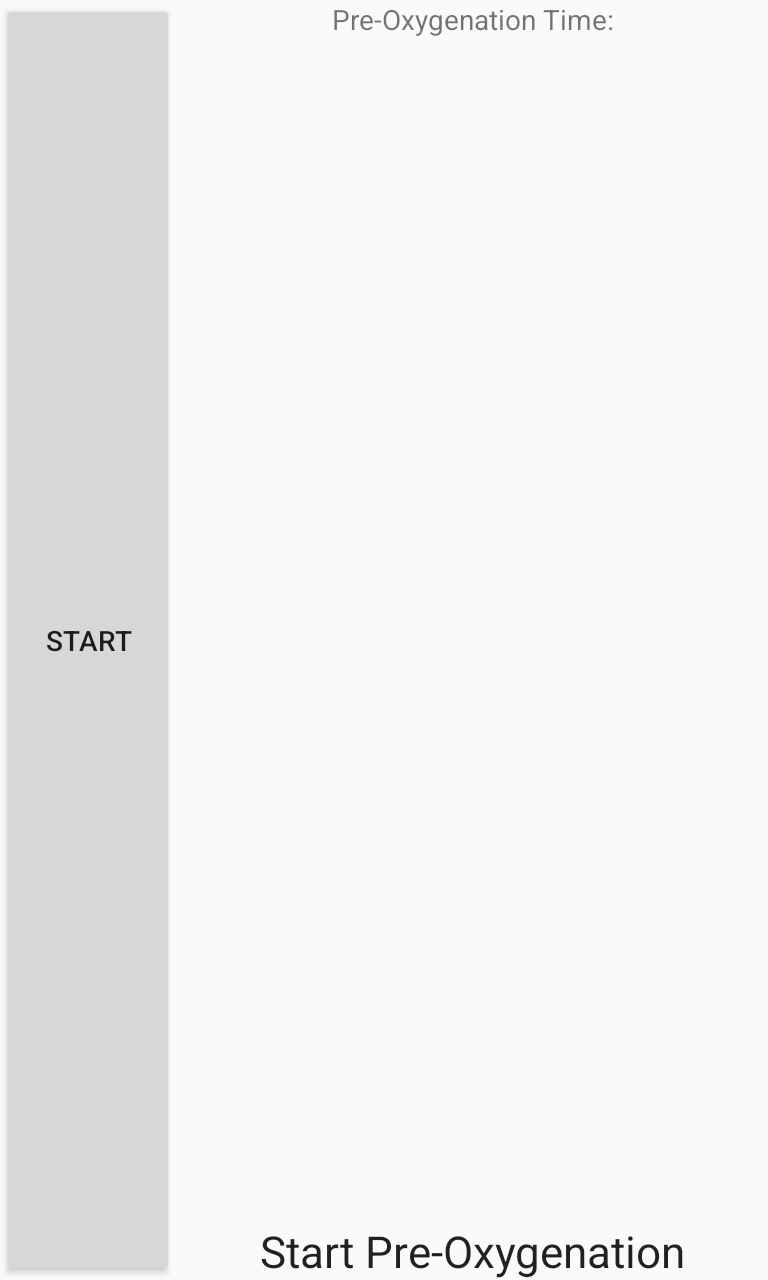
Repository: bentaylor42/RSIReady
Layout: RSIReady/res/layout/fragment_preo2_clock.xml
An editor plug-in stored every save of this project. The layout is shown before and after the next save, followed by the edit.
It is drawn on a 768 x 1280 px phone screen (xhdpi) without system bars, with theme AppTheme; the app's code is not run.

Above is the layout before, as saved 2014-08-10 14:26:29.

### RSIReady/res/layout/fragment_preo2_clock.xml
<?xml version="1.0" encoding="utf-8"?>
<RelativeLayout xmlns:android="http://schemas.android.com/apk/res/android"
    android:layout_width="match_parent"
    android:layout_height="120dp" >

    <Button
        android:id="@+id/button1"
        android:layout_width="wrap_content"
        android:layout_height="wrap_content"
        android:layout_alignParentLeft="true"
        android:layout_alignParentTop="true"
        android:layout_alignParentBottom="true"
        android:text="@string/start" />

    <TextView
        android:id="@+id/textView1"
        android:layout_width="wrap_content"
        android:layout_height="wrap_content"
        android:layout_alignLeft="@dimen/activity_horizontal_margin"
        android:layout_alignParentRight="true"
        android:layout_alignTop="@+id/button1"
        android:layout_centerVertical="true"
        android:layout_toRightOf="@+id/button1"
        android:gravity="center"
        android:text="@string/preo2_header" />

    <TextView
        android:id="@+id/textView2"
        android:layout_width="wrap_content"
        android:layout_height="wrap_content"
        android:layout_alignBottom="@+id/button1"
        android:layout_alignLeft="@+id/textView1"
        android:layout_alignParentRight="true"
        android:gravity="center"
        android:text="@string/click_start_preo2"
        android:textAppearance="?android:attr/textAppearanceLarge" />

</RelativeLayout>

### RSIReady/res/values/styles.xml
<resources>

    <!--
        Base application theme, dependent on API level. This theme is replaced
        by AppBaseTheme from res/values-vXX/styles.xml on newer devices.
    -->
    <style name="AppBaseTheme" parent="Theme.AppCompat.Light">
        <!--
            Theme customizations available in newer API levels can go in
            res/values-vXX/styles.xml, while customizations related to
            backward-compatibility can go here.
        -->
    </style>

    <!-- Application theme. -->
    <style name="AppTheme" parent="AppBaseTheme">
        <!-- All customizations that are NOT specific to a particular API-level can go here. -->
    </style>


</resources>

### RSIReady/res/values/strings.xml
<?xml version="1.0" encoding="utf-8"?>
<resources>

    <string name="app_name">RSI Ready</string>
    <string name="Copyright_2014">\u00A9 RSI Ready 2014.  All Rights Reserved</string>
    <string name="Copyright_After_2014">\u00A9 RSI Ready 2014-%1$d.  All Rights Reserved</string>
    <string name="Emergency">Emergency</string>
    <string name="EmergencyMenu">Emergency Menu</string>
    <string name="Home">Home</string>
    <string name="Mission_Statement">Making Emergency Anesthesia Safer</string>
    <string name="phemModeString">Pre-Hospital Mode:</string>
    <string name="rsiNow">RSI Now</string>
    <string name="Settings">Settings</string>
    <string name="SettingsMenu">Settings Menu</string>
    <string name="TabIndications">Indications</string>
    <string name="TabDrugs">Drugs</string>
    <string name="TabEquipment">Equipment</string>
    <string name="TabTeam">Team</string>
    <string name="TabFinal">Final</string>
    <string name="UsefulTools">Useful Tools</string>
    <string name="Version">Version: </string>

    <string name="title_activity_example">Example</string>
    <string name="hello_world">Hello world!</string>
    <string name="action_settings">Settings</string>
    <string name="start">Start</string>
    <string name="preo2_header">Pre-Oxygenation Time:</string>
    <string name="stop">Stop</string>
    <string name="click_start_preo2">Start Pre-Oxygenation</string>


</resources>

### RSIReady/res/values/dimens.xml
<resources>

    <!-- Default screen margins, per the Android Design guidelines. -->
    <dimen name="activity_horizontal_margin">16dp</dimen>
    <dimen name="activity_vertical_margin">16dp</dimen>

    <dimen name="text_size_small">12sp</dimen>

</resources>

Loaded but not shown: RSIReady/res/values-v11/styles.xml (common file); RSIReady/res/values-v14/styles.xml (common file); RSIReady/res/values-w820dp/dimens.xml (common file)

After the next save:
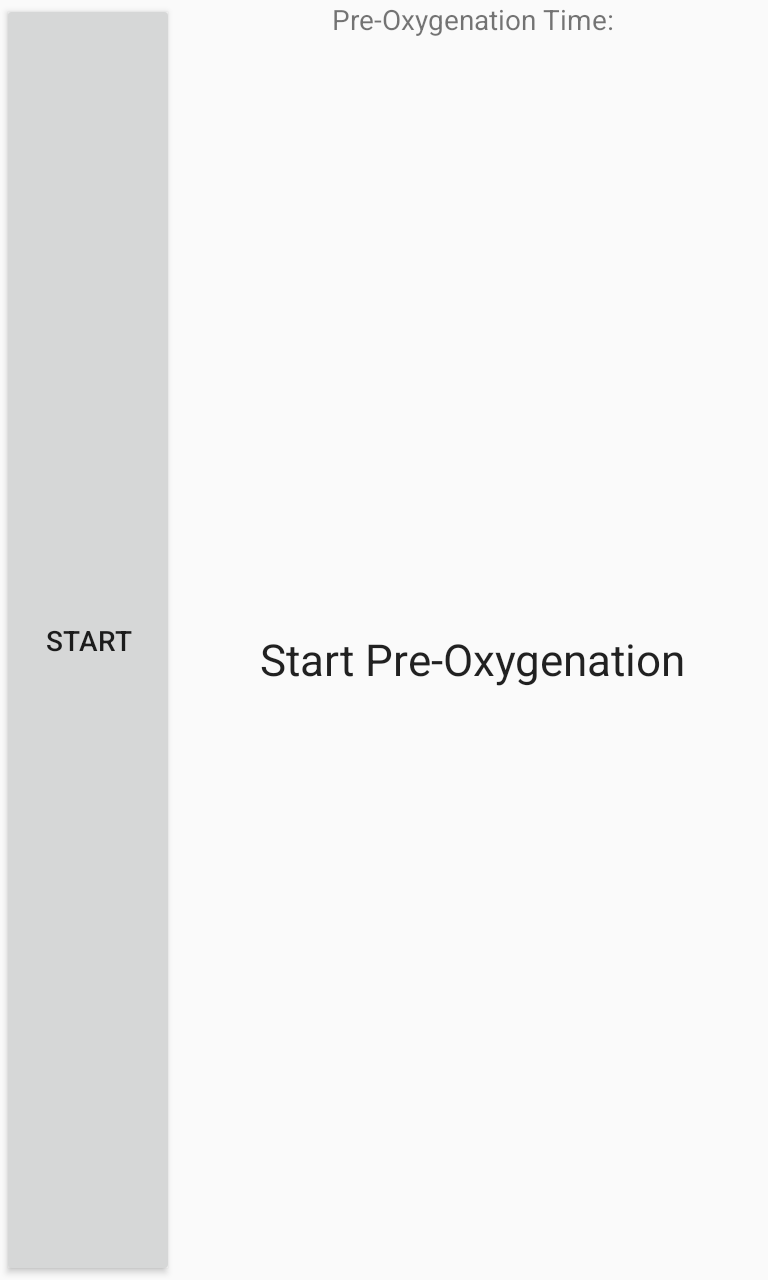
Saved 8 min 38 s later.
--- a/RSIReady/res/layout/fragment_preo2_clock.xml
+++ b/RSIReady/res/layout/fragment_preo2_clock.xml
@@ -1,10 +1,10 @@
 <?xml version="1.0" encoding="utf-8"?>
 <RelativeLayout xmlns:android="http://schemas.android.com/apk/res/android"
     android:layout_width="match_parent"
-    android:layout_height="120dp" >
+    android:layout_height="60dp" >
 
     <Button
-        android:id="@+id/button1"
+        android:id="@+id/buttonStartPreO2"
         android:layout_width="wrap_content"
         android:layout_height="wrap_content"
         android:layout_alignParentLeft="true"
@@ -13,24 +13,24 @@
         android:text="@string/start" />
 
     <TextView
-        android:id="@+id/textView1"
+        android:id="@+id/textViewPreO2Title"
         android:layout_width="wrap_content"
         android:layout_height="wrap_content"
         android:layout_alignLeft="@dimen/activity_horizontal_margin"
         android:layout_alignParentRight="true"
-        android:layout_alignTop="@+id/button1"
-        android:layout_centerVertical="true"
-        android:layout_toRightOf="@+id/button1"
+        android:layout_alignTop="@+id/buttonStartPreO2"
+        android:layout_toRightOf="@+id/buttonStartPreO2"
         android:gravity="center"
         android:text="@string/preo2_header" />
 
     <TextView
-        android:id="@+id/textView2"
+        android:id="@+id/textViewDisplayPreO2"
         android:layout_width="wrap_content"
         android:layout_height="wrap_content"
-        android:layout_alignBottom="@+id/button1"
-        android:layout_alignLeft="@+id/textView1"
+        android:layout_alignBottom="@+id/buttonStartPreO2"
+        android:layout_alignLeft="@+id/textViewPreO2Title"
         android:layout_alignParentRight="true"
+        android:layout_below="@+id/textViewPreO2Title"
         android:gravity="center"
         android:text="@string/click_start_preo2"
         android:textAppearance="?android:attr/textAppearanceLarge" />
